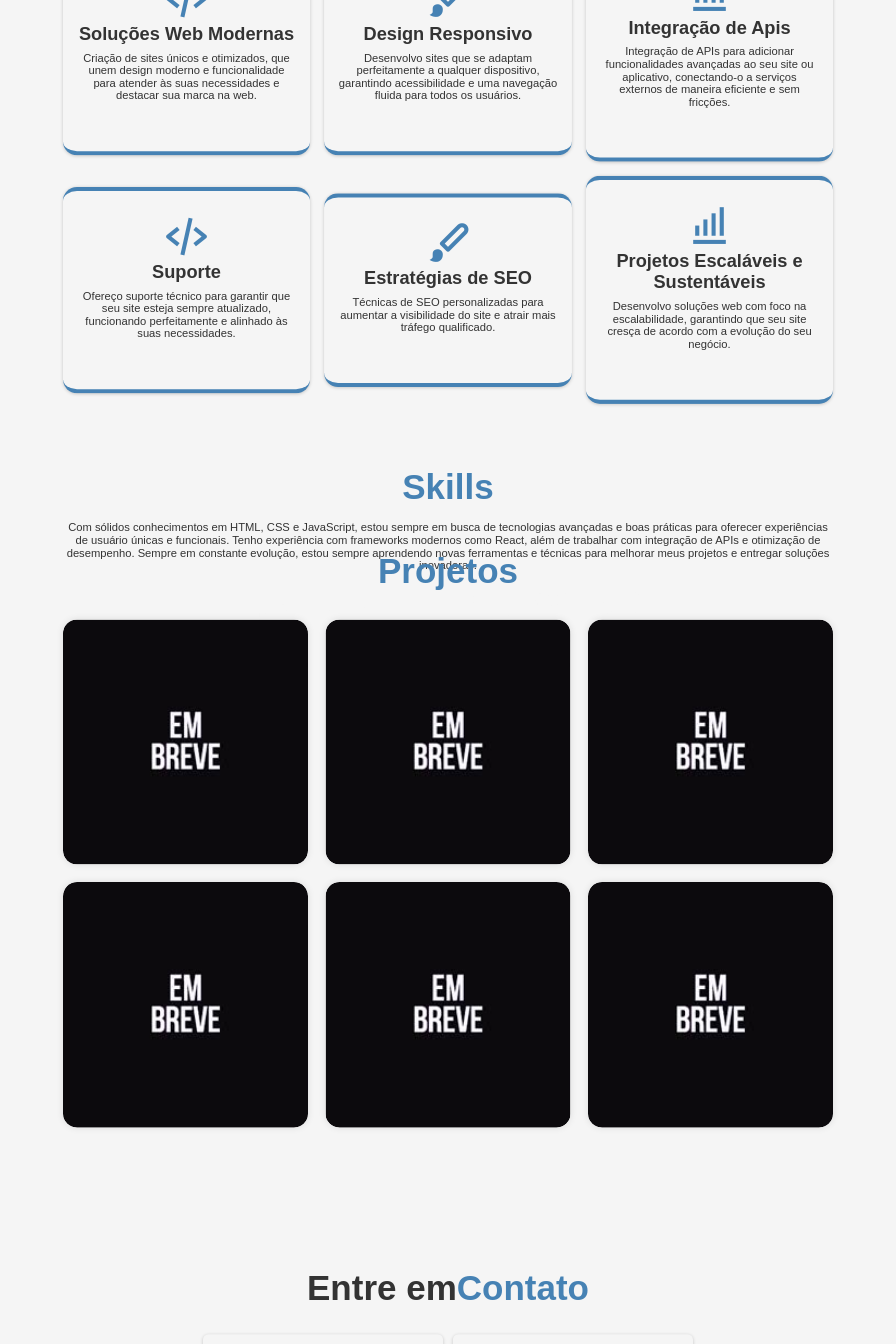
Repository: AliciaKathleen/portfolio-2025
Page: index.html
These files come from the project's save history. The page is drawn as it stood at one moment and after the next save; the edit follows.
The browser window is 1280 px wide. The pictures show the part of the page from y = 1630 to 3550 px (the page is 4129 px tall before and 4098 px after), at 70% of full size.

Above is the page before, as saved 2025-01-27 17:28:56.
Console error: TypeError: Cannot read properties of null (reading 'classList')

### index.html
<!DOCTYPE html>
<html lang="en">
<head>
    <meta charset="UTF-8">
    <meta http-equiv="X-UA-Compatible" content="IE=edge">
    <meta name="viewport" content="width=device-width, initial-scale=1.0">
    <link rel="stylesheet" href="https://cdn.jsdelivr.net/npm/swiper@9/swiper-bundle.min.css" />
    <link href='https://unpkg.com/boxicons@2.1.4/css/boxicons.min.css' rel='stylesheet'>
    <link rel="stylesheet" href="style.css">
    <title>Alícia Kathleen</title>
</head>
<body>
    <header class="header">
        <a href="#" class="logo">Alícia Kathleen</a>

        <nav class="navbar">
            <a href="#home" class="active">Home</a>
            <a href="#about">Sobre</a>
            <a href="#services">Serviços</a>
            <a href="#portfolio">Projetos</a>
            <a href="#contact">Contato</a>
        </nav>

        <div class="bx bx-moon" id="darkMode-icon"></div>
        <div class="bx bx-menu" id="menu-icon"></div>
    </header>

    <section class="home" id="home">
        <div class="home-content">
            <h3>Olá, eu sou</h3>
            <h1>Alícia Kathleen</h1>
            <p>
                Sou uma desenvolvedora Front-End apaixonada por criar interfaces modernas e funcionais, unindo criatividade e tecnologia para proporcionar experiências digitais únicas. Com uma trajetória inicial no design gráfico, utilizo meu olhar apurado para detalhes e usabilidade para transformar ideias em projetos visuais impactantes. Estou sempre buscando aprender e crescer com novos desafios.
            </p>
            <div class="social-media">
                <a href="#"><i class='bx bxl-linkedin'></i></a>
                <a href="#"><i class='bx bxl-github'></i></a>
            </div>

            <a href="#" class="btn">CURRÍCULO</a>
        </div>

        <div class="profession-container">
            <div class="profession-box">
            </div>
            <div class="overlay"></div>
        </div>

        <div class="home-img">
            <img src="" alt="">
        </div>
    </section>

    <section class="about" id="about">
        <div class="about-img">
            <img src="images/portfolio.jpg" alt="">
        </div>

        <div class="about-content">
            <h2 class="heading">Sobre <span>Mim</span></h2>
            <h3>
                Olá! Seja bem-vindo(a) ao meu portfólio! Sou uma desenvolvedora Front-End apaixonada por criar soluções digitais modernas e funcionais. Amo aprender novas tecnologias, resolver problemas com código e transformar ideias em projetos reais.
            </h3>
            <p>
                Aqui você vai encontrar alguns dos meus trabalhos, além de conhecer um pouco mais sobre minha trajetória no desenvolvimento web. Estou sempre em busca de novos desafios e oportunidades para crescer e evoluir como profissional.
            </p>
            <p>
                Sinta-se à vontade para explorar meu portfólio!
            </p>
        </div>
    </section>

    <section class="services" id="services">
        <h2 class="heading">Explore Meus <span>Trabalhos</span></h2>
        <div class="services-container">
            <div class="services-box">
                <i class='bx bx-code-alt'></i>
                <h3>Soluções Web Modernas</h3>
                <p>Criação de sites únicos e otimizados, que unem design moderno e funcionalidade para atender às suas necessidades e destacar sua marca na web.</p>
            </div>
            <div class="services-box">
                <i class='bx bxs-paint'></i>
                <h3>Design Responsivo</h3>
                <p>Desenvolvo sites que se adaptam perfeitamente a qualquer dispositivo, garantindo acessibilidade e uma navegação fluida para todos os usuários.</p>
            </div>
            <div class="services-box">
                <i class='bx bx-bar-chart-alt'></i>
                <h3>Integração de Apis</h3>
                <p>Integração de APIs para adicionar funcionalidades avançadas ao seu site ou aplicativo, conectando-o a serviços externos de maneira eficiente e sem fricções.</p>
            </div>
            <div class="services-box">
                <i class='bx bx-code-alt'></i>
                <h3>Suporte</h3>
                <p>Ofereço suporte técnico para garantir que seu site esteja sempre atualizado, funcionando perfeitamente e alinhado às suas necessidades.</p>
            </div>
            <div class="services-box">
                <i class='bx bxs-paint'></i>
                <h3>Estratégias de SEO</h3>
                <p>Técnicas de SEO personalizadas para aumentar a visibilidade do site e atrair mais tráfego qualificado.</p>
            </div>
            <div class="services-box">
                <i class='bx bx-bar-chart-alt'></i>
                <h3>Projetos Escaláveis e Sustentáveis</h3>
                <p>Desenvolvo soluções web com foco na escalabilidade, garantindo que seu site cresça de acordo com a evolução do seu negócio.

                </p>
            </div>
        </div>
    </section>

    <section class="resume-detail skills" id="skills">
        <h2 class="heading"><span>Skills</span></h2>
        <div class="resume-list">
            <div class="skills-container">
                <p>
                    Com sólidos conhecimentos em HTML, CSS e JavaScript, estou sempre em busca de tecnologias avançadas e boas práticas para oferecer experiências de usuário únicas e funcionais. Tenho experiência com frameworks modernos como React, além de trabalhar com integração de APIs e otimização de desempenho. Sempre em constante evolução, estou sempre aprendendo novas ferramentas e técnicas para melhorar meus projetos e entregar soluções inovadoras.
                </p>
                <div class="resume-items">
                    <div class="resume-item">
                        <i class='bx bxl-html5'></i>
                        <span>HTML</span>
                    </div>
                    <div class="resume-item">
                        <i class='bx bxl-css3'></i>
                        <span>CSS3</span>
                    </div>
                    <div class="resume-item">
                        <i class='bx bxl-javascript'></i>
                        <span>JavaScript</span>
                    </div>
                    <div class="resume-item">
                        <i class='bx bxl-python'></i>
                        <span>Python</span>
                    </div>
                    <div class="resume-item">
                        <i class='bx bxl-react'></i>
                        <span>ReactJS</span>
                    </div>
                    <div class="resume-item">
                        <i class='bx bxl-figma'></i>
                        <span>Figma</span>
                    </div>
                </div>
            </div>
        </div>
    </section>

    <section class="portfolio" id="portfolio">
        <h2 class="heading"><span>Projetos</span></h2>

        <div class="portfolio-container">
            <div class="portfolio-box">
                <img src="images/portfolio.jpg" alt="">

                <div class="portfolio-layer">
                    <h4>Web Design</h4>
                    <p>Lorem ipsum dolor sit amet consectetur adipisicing elit. Similique, ipsam est.</p>
                    <a href="#"><i class='bx bx-link-external'></i></a>
                </div>
            </div>
            <div class="portfolio-box">
                <img src="images/portfolio.jpg" alt="">

                <div class="portfolio-layer">
                    <h4>Projeto em construção</h4>
                    <p>Em breve...</p>
                    <a href="#"><i class='bx bx-link-external'></i></a>
                </div>
            </div>
            <div class="portfolio-box">
                <img src="images/portfolio.jpg" alt="">

                <div class="portfolio-layer">
                    <h4>Projeto em construção</h4>
                    <p>Em breve...</p>
                    <a href="#"><i class='bx bx-link-external'></i></a>
                </div>
            </div>
            <div class="portfolio-box">
                <img src="images/portfolio.jpg" alt="">

                <div class="portfolio-layer">
                    <h4>Projeto em construção</h4>
                    <p>Em breve...</p>
                    <a href="#"><i class='bx bx-link-external'></i></a>
                </div>
            </div>
            <div class="portfolio-box">
                <img src="images/portfolio.jpg" alt="">

                <div class="portfolio-layer">
                    <h4>Projeto em construção</h4>
                    <p>Em breve...</p>
                    <a href="#"><i class='bx bx-link-external'></i></a>
                </div>
            </div>
            <div class="portfolio-box">
                <img src="images/portfolio.jpg" alt="">

                <div class="portfolio-layer">
                    <h4>Projeto em construção</h4>
                    <p>Em breve...</p>
                    <a href="#"><i class='bx bx-link-external'></i></a>
                </div>
            </div>
        </div>
    </section>

    <section class="contact" id="contact">
        <h2 class="heading">Entre em<span>Contato</span></h2>

        <form action="#">
            <div class="input-box">
                <input type="text" placeholder="Full Name">
                <input type="email" placeholder="Email Address">
            </div>
            <div class="input-box">
                <input type="number" placeholder="Mobile Number">
                <input type="text" placeholder="Email Subject">
            </div>
            <textarea name="" id="" cols="30" rows="10" placeholder="Your Message"></textarea>
            <input type="submit" value="Send Message" class="btn">
        </form>
    </section>

    <footer class="footer">
        <div class="footer-text">
            <p>Copyright &copy; 2025 | Todos os direitos reservados.</p>
        </div>

        <div class="footer-iconTop">
            <a href="#home"><i class='bx bx-up-arrow-alt'></i></a>
        </div>
    </footer>

    <script src="https://unpkg.com/scrollreveal"></script>
    <script src="https://cdn.jsdelivr.net/npm/swiper@9/swiper-bundle.min.js"></script>
    <script src="script.js"></script>
</body>
</html>

Loaded but not shown: script.js (67 lines, source omitted); style.css (894 lines, source omitted)

After the next save:
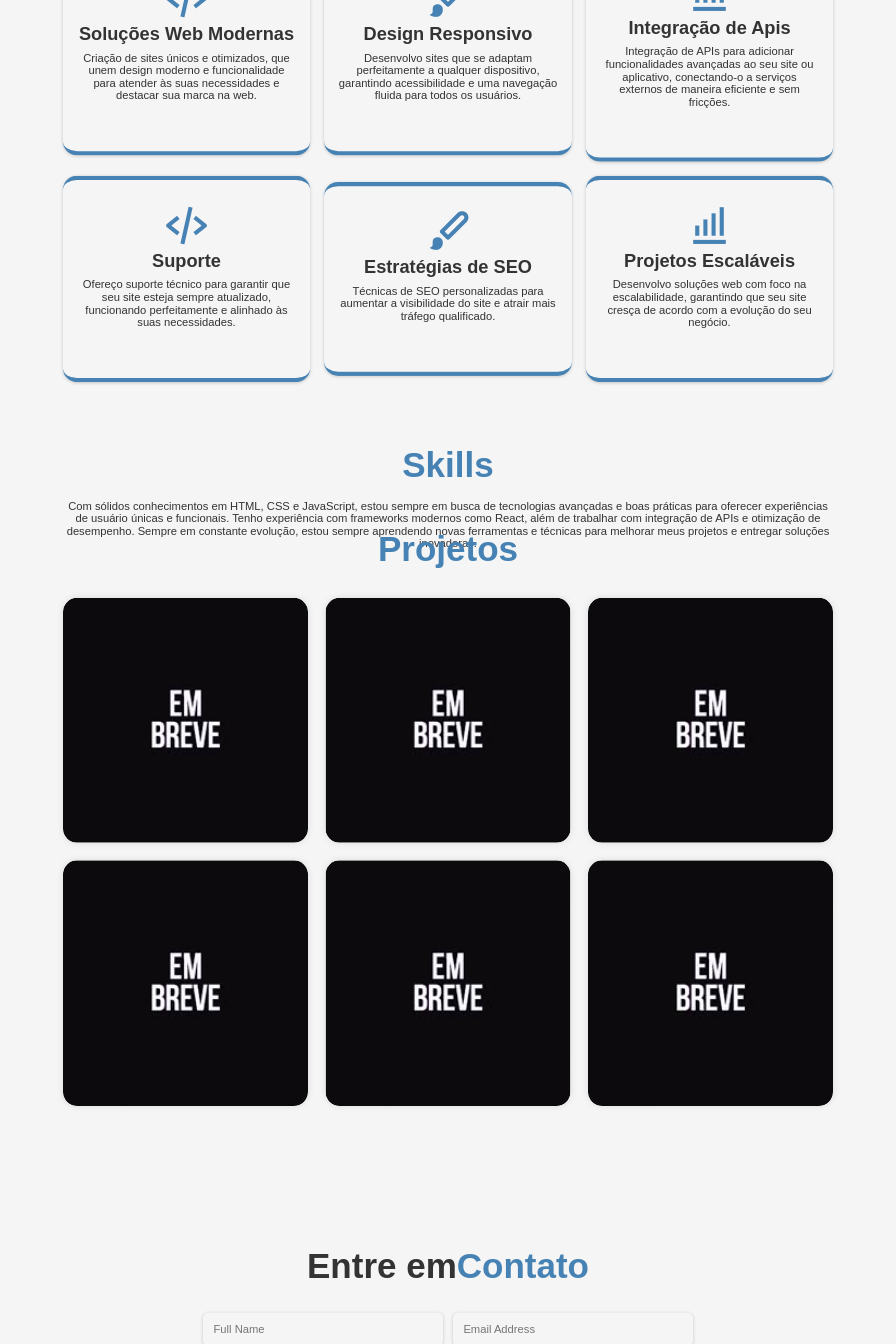
Saved 9 min 57 s later.
--- a/index.html
+++ b/index.html
@@ -100,7 +100,7 @@
             </div>
             <div class="services-box">
                 <i class='bx bx-bar-chart-alt'></i>
-                <h3>Projetos Escaláveis e Sustentáveis</h3>
+                <h3>Projetos Escaláveis</h3>
                 <p>Desenvolvo soluções web com foco na escalabilidade, garantindo que seu site cresça de acordo com a evolução do seu negócio.
 
                 </p>
